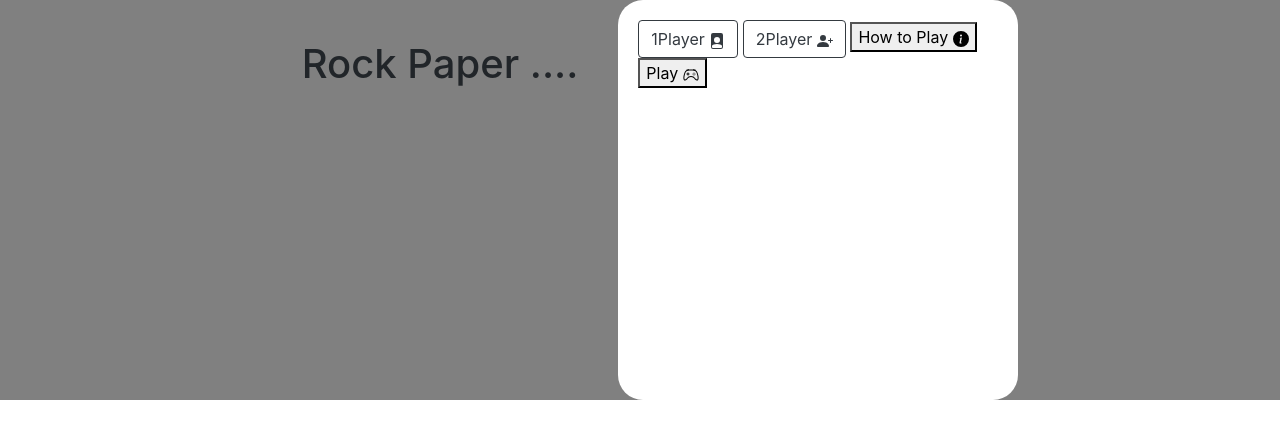
Repository: hossamsulleman1/Colllege-rock-paper-game
Page: index.html
An editor plug-in stored every save of this project. The page is shown before and after the next save, followed by the edit.
The browser window is 1280 px wide. The pictures show the whole page.

Above is the page before, as saved 2020-09-15 10:39:00.
Console error: SyntaxError: Unexpected token '<'

### index.html
<!DOCTYPE html>
<html lang="en">
<head>
    <script src="index.js"></script>
    <link rel="stylesheet" href="index.css">

    <meta charset="UTF-8">
    <meta name="viewport" content="width=device-width, initial-scale=1.0">
    <title>Rock Paper...</title>
</head>
<body>
   <div class="wall">
      <h1 style="padding: 40px; text-align: center;">Rock Paper .... </h1>
    <div class="mainCard">
<button class="btn btn-outline-dark">
    1Player
    <svg width="1em" height="1em" viewBox="0 0 16 16" class="bi bi-file-person-fill" fill="currentColor" xmlns="http://www.w3.org/2000/svg">
        <path fill-rule="evenodd" d="M12 0H4a2 2 0 0 0-2 2v12a2 2 0 0 0 2 2h8a2 2 0 0 0 2-2V2a2 2 0 0 0-2-2zm-1 7a3 3 0 1 1-6 0 3 3 0 0 1 6 0zm-3 4c2.623 0 4.146.826 5 1.755V14a1 1 0 0 1-1 1H4a1 1 0 0 1-1-1v-1.245C3.854 11.825 5.377 11 8 11z"/>
      </svg>
</button>
<button class="btn btn-outline-dark">
    2Player
    <svg width="1em" height="1em" viewBox="0 0 16 16" class="bi bi-person-plus-fill" fill="currentColor" xmlns="http://www.w3.org/2000/svg">
        <path fill-rule="evenodd" d="M1 14s-1 0-1-1 1-4 6-4 6 3 6 4-1 1-1 1H1zm5-6a3 3 0 1 0 0-6 3 3 0 0 0 0 6zm7.5-3a.5.5 0 0 1 .5.5V7h1.5a.5.5 0 0 1 0 1H14v1.5a.5.5 0 0 1-1 0V8h-1.5a.5.5 0 0 1 0-1H13V5.5a.5.5 0 0 1 .5-.5z"/>
      </svg>
</button>
<button onclick="howToPlay()">
    How to Play
    <svg width="1em" height="1em" viewBox="0 0 16 16" class="bi bi-info-circle-fill" fill="currentColor" xmlns="http://www.w3.org/2000/svg">
        <path fill-rule="evenodd" d="M8 16A8 8 0 1 0 8 0a8 8 0 0 0 0 16zm.93-9.412l-2.29.287-.082.38.45.083c.294.07.352.176.288.469l-.738 3.468c-.194.897.105 1.319.808 1.319.545 0 1.178-.252 1.465-.598l.088-.416c-.2.176-.492.246-.686.246-.275 0-.375-.193-.304-.533L8.93 6.588zM8 5.5a1 1 0 1 0 0-2 1 1 0 0 0 0 2z"/>
      </svg>
</button>
<button onclick="goToGame()">
    Play
    <svg width="1em" height="1em" viewBox="0 0 16 16" class="bi bi-controller" fill="currentColor" xmlns="http://www.w3.org/2000/svg">
        <path fill-rule="evenodd" d="M11.119 2.693c.904.19 1.75.495 2.235.98.407.408.779 1.05 1.094 1.772.32.733.599 1.591.805 2.466.206.875.34 1.78.364 2.606.024.815-.059 1.602-.328 2.21a1.42 1.42 0 0 1-1.445.83c-.636-.067-1.115-.394-1.513-.773a11.307 11.307 0 0 1-.739-.809c-.126-.147-.25-.291-.368-.422-.728-.804-1.597-1.527-3.224-1.527-1.627 0-2.496.723-3.224 1.527-.119.131-.242.275-.368.422-.243.283-.494.576-.739.81-.398.378-.877.705-1.513.772a1.42 1.42 0 0 1-1.445-.83c-.27-.608-.352-1.395-.329-2.21.024-.826.16-1.73.365-2.606.206-.875.486-1.733.805-2.466.315-.722.687-1.364 1.094-1.772.486-.485 1.331-.79 2.235-.98.932-.196 2.03-.292 3.119-.292 1.089 0 2.187.096 3.119.292zm-6.032.979c-.877.185-1.469.443-1.733.708-.276.276-.587.783-.885 1.465a13.748 13.748 0 0 0-.748 2.295 12.351 12.351 0 0 0-.339 2.406c-.022.755.062 1.368.243 1.776a.42.42 0 0 0 .426.24c.327-.034.61-.199.929-.502.212-.202.4-.423.615-.674.133-.156.276-.323.44-.505C4.861 9.97 5.978 9.026 8 9.026s3.139.943 3.965 1.855c.164.182.307.35.44.505.214.25.403.472.615.674.318.303.601.468.929.503a.42.42 0 0 0 .426-.241c.18-.408.265-1.02.243-1.776a12.354 12.354 0 0 0-.339-2.406 13.753 13.753 0 0 0-.748-2.295c-.298-.682-.61-1.19-.885-1.465-.264-.265-.856-.523-1.733-.708-.85-.179-1.877-.27-2.913-.27-1.036 0-2.063.091-2.913.27z"/>
        <path d="M11.5 6.026a.5.5 0 1 1-1 0 .5.5 0 0 1 1 0zm-1 1a.5.5 0 1 1-1 0 .5.5 0 0 1 1 0zm2 0a.5.5 0 1 1-1 0 .5.5 0 0 1 1 0zm-1 1a.5.5 0 1 1-1 0 .5.5 0 0 1 1 0zm-7-2.5h1v3h-1v-3z"/>
        <path d="M3.5 6.526h3v1h-3v-1zM3.051 3.26a.5.5 0 0 1 .354-.613l1.932-.518a.5.5 0 0 1 .258.966l-1.932.518a.5.5 0 0 1-.612-.354zm9.976 0a.5.5 0 0 0-.353-.613l-1.932-.518a.5.5 0 1 0-.259.966l1.932.518a.5.5 0 0 0 .612-.354z"/>
      </svg>
</button>

</div>

   </div>


<!-- scripts -->
<!-- CSS only -->
<link rel="stylesheet" href="https://stackpath.bootstrapcdn.com/bootstrap/4.5.2/css/bootstrap.min.css" integrity="sha384-JcKb8q3iqJ61gNV9KGb8thSsNjpSL0n8PARn9HuZOnIxN0hoP+VmmDGMN5t9UJ0Z" crossorigin="anonymous">

<!-- JS, Popper.js, and jQuery -->
<script src="https://code.jquery.com/jquery-3.5.1.slim.min.js" integrity="sha384-DfXdz2htPH0lsSSs5nCTpuj/zy4C+OGpamoFVy38MVBnE+IbbVYUew+OrCXaRkfj" crossorigin="anonymous"></script>
<script src="https://cdn.jsdelivr.net/npm/popper.js@1.16.1/dist/umd/popper.min.js" integrity="sha384-9/reFTGAW83EW2RDu2S0VKaIzap3H66lZH81PoYlFhbGU+6BZp6G7niu735Sk7lN" crossorigin="anonymous"></script>
<script src="https://stackpath.bootstrapcdn.com/bootstrap/4.5.2/js/bootstrap.min.js" integrity="sha384-B4gt1jrGC7Jh4AgTPSdUtOBvfO8shuf57BaghqFfPlYxofvL8/KUEfYiJOMMV+rV" crossorigin="anonymous"></script>

</body>
</html>

### index.js
var randomNumber = null;
var P1Selection = null;
var P2Selection = null;
var compSelection = null;
var compSelectionSVG = null;
var outcome = null;

const Rock = 1
const Paper = 2
const Scissors = 3

function randomNumberGen() {
   randomNumber = Math.ceil(Math.random() * 3)
compSelection = randomNumber
console.log(compSelection + "comp Selection")
}

function howToPlay(){
 alert("click either rock paper or ... and confirm your selection once this is completed the second user will be able to place their selection then rumble!")
}


function compSelectionSvg() {
    if (compSelection = 1 ) {
        document.getElementById("mainCard").innerHTML =
        <div>
   <h1>Rocky Bot Chose</h1>
        <svg width="1em" height="1em" viewBox="0 0 16 16" class="bi bi-award-fill" fill="currentColor" xmlns="http://www.w3.org/2000/svg">
  <path d="M8 0l1.669.864 1.858.282.842 1.68 1.337 1.32L13.4 6l.306 1.854-1.337 1.32-.842 1.68-1.858.282L8 12l-1.669-.864-1.858-.282-.842-1.68-1.337-1.32L2.6 6l-.306-1.854 1.337-1.32.842-1.68L6.331.864 8 0z"/>
  <path d="M4 11.794V16l4-1 4 1v-4.206l-2.018.306L8 13.126 6.018 12.1 4 11.794z"/>
</svg>
        <p>you......</p>
        <h1 id="Win/Lose"></h1>
        </div>

        ;

    }
    if (compSelection = 2 ) {
        document.getElementById("mainCard").innerHTML =
        <div>
    <h1>Rocky Bot Chose</h1>
        <svg width="1em" height="1em" viewBox="0 0 16 16" class="bi bi-box-seam" fill="currentColor" xmlns="http://www.w3.org/2000/svg">
  <path fill-rule="evenodd" d="M8.186 1.113a.5.5 0 0 0-.372 0L1.846 3.5l2.404.961L10.404 2l-2.218-.887zm3.564 1.426L5.596 5 8 5.961 14.154 3.5l-2.404-.961zm3.25 1.7l-6.5 2.6v7.922l6.5-2.6V4.24zM7.5 14.762V6.838L1 4.239v7.923l6.5 2.6zM7.443.184a1.5 1.5 0 0 1 1.114 0l7.129 2.852A.5.5 0 0 1 16 3.5v8.662a1 1 0 0 1-.629.928l-7.185 2.874a.5.5 0 0 1-.372 0L.63 13.09a1 1 0 0 1-.63-.928V3.5a.5.5 0 0 1 .314-.464L7.443.184z"/>
</svg>

        <p>you......</p>
        <h1 id="Win/Lose"></h1>
        </div>

        ;

    }
    if (compSelection = 3 ) {
        document.getElementById("mainCard").innerHTML =
        <div>
        <h1>Rocky Bot Chose</h1>
        <svg width="1em" height="1em" viewBox="0 0 16 16" class="bi bi-scissors" fill="currentColor" xmlns="http://www.w3.org/2000/svg">
  <path fill-rule="evenodd" d="M3.5 3.5c-.614-.884-.074-1.962.858-2.5L8 7.226 11.642 1c.932.538 1.472 1.616.858 2.5L8.81 8.61l1.556 2.661a2.5 2.5 0 1 1-.794.637L8 9.73l-1.572 2.177a2.5 2.5 0 1 1-.794-.637L7.19 8.61 3.5 3.5zm2.5 10a1.5 1.5 0 1 1-3 0 1.5 1.5 0 0 1 3 0zm7 0a1.5 1.5 0 1 1-3 0 1.5 1.5 0 0 1 3 0z"/>
</svg>
        <p>you......</p>
        <h1 id="Win/Lose"></h1>
        </div>

        ;

    }
    Calculation()
document.getElementById("Win/Loss").innerText = outcome;

}

function itemHierarchy(){



}

function goToGame() {
    window.location.replace("game.html");
}


function RockP1() {
    P1Selection = Rock
    console.log(P1Selection)
}

function PaperP1(){
    P1Selection = Paper
    console.log(P1Selection)
}

function  ScissorsP1() {
    P1Selection = Scissors
    console.log(P1Selection)
}

function Calculation() {

}

### index.css
.mainCard {
    border-radius: 25px;
    background: white;
    padding: 20px;
    width: 400px;
    height: 400px;


}

.wall {
    background-color: grey;
    display: flex;
    justify-content: center;
    height: auto;
    width: auto;
}

After the next save:
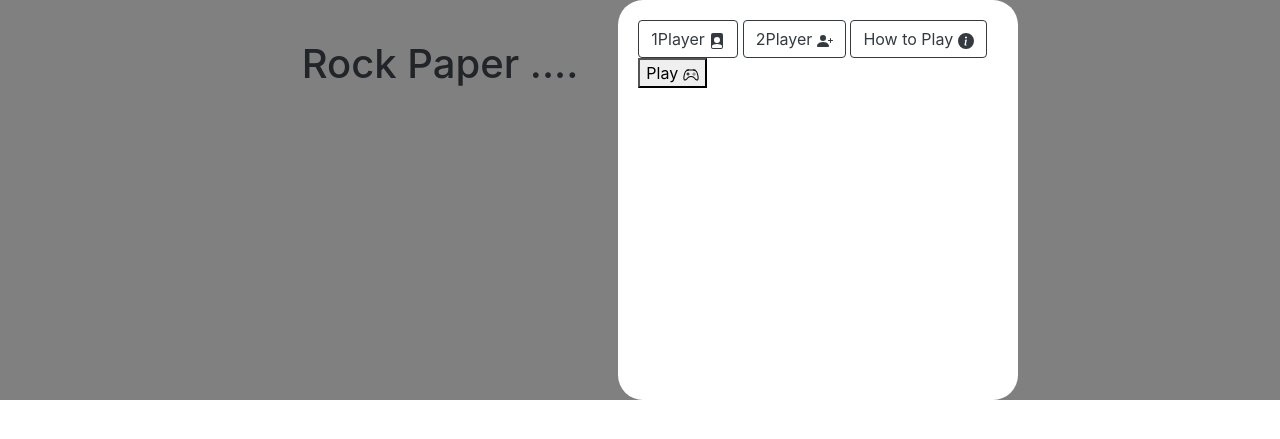
Saved 9 s later.
--- a/index.html
+++ b/index.html
@@ -24,7 +24,7 @@
         <path fill-rule="evenodd" d="M1 14s-1 0-1-1 1-4 6-4 6 3 6 4-1 1-1 1H1zm5-6a3 3 0 1 0 0-6 3 3 0 0 0 0 6zm7.5-3a.5.5 0 0 1 .5.5V7h1.5a.5.5 0 0 1 0 1H14v1.5a.5.5 0 0 1-1 0V8h-1.5a.5.5 0 0 1 0-1H13V5.5a.5.5 0 0 1 .5-.5z"/>
       </svg>
 </button>
-<button onclick="howToPlay()">
+<button class="btn btn-outline-dark" onclick="howToPlay()">
     How to Play
     <svg width="1em" height="1em" viewBox="0 0 16 16" class="bi bi-info-circle-fill" fill="currentColor" xmlns="http://www.w3.org/2000/svg">
         <path fill-rule="evenodd" d="M8 16A8 8 0 1 0 8 0a8 8 0 0 0 0 16zm.93-9.412l-2.29.287-.082.38.45.083c.294.07.352.176.288.469l-.738 3.468c-.194.897.105 1.319.808 1.319.545 0 1.178-.252 1.465-.598l.088-.416c-.2.176-.492.246-.686.246-.275 0-.375-.193-.304-.533L8.93 6.588zM8 5.5a1 1 0 1 0 0-2 1 1 0 0 0 0 2z"/>
